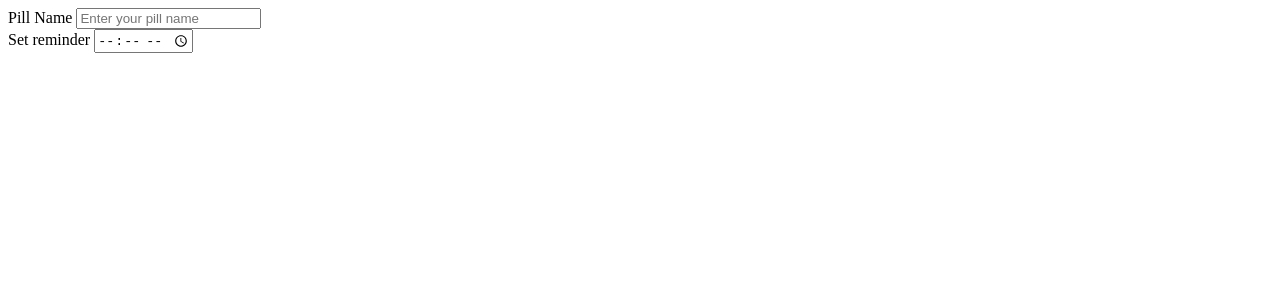
Repository: sarveshv9/Pill-Dispenser-Alert
Page: pill.html
The author's editor kept a copy of each file at every save. The page is drawn from the files as they stood at one save, then again after the next save.
The browser window is 1280 px wide. The pictures show the whole page.

Above is the page before, as saved 2025-02-22 16:46:38.

After the next save:
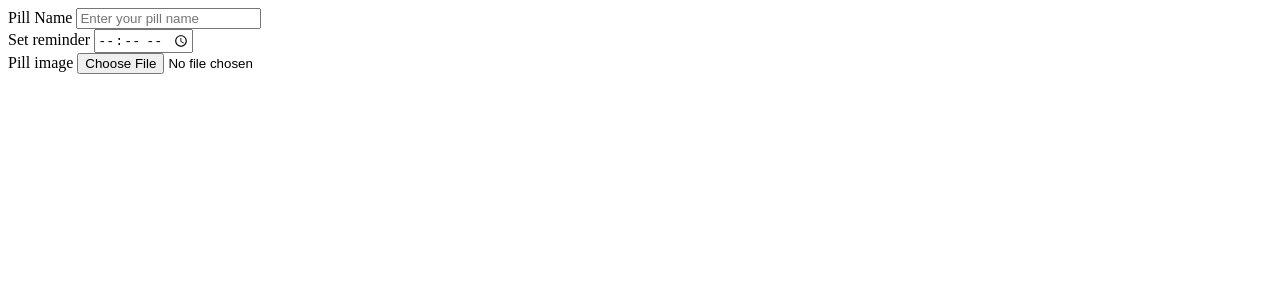
Saved 99 s later.
--- a/pill.html
+++ b/pill.html
@@ -11,6 +11,8 @@
     <input type="text" id="pillname" name="name" placeholder="Enter your pill name "><br>
     <label for="pilltime">Set reminder</label>
     <input type="time" id="pilltime" name="time" required><br>
+    <label for="pillimage">Pill image</label>
+    <input type="file" id="pillimage" name="image" accept="image/*"><br>
 
    </form>
 </body>
